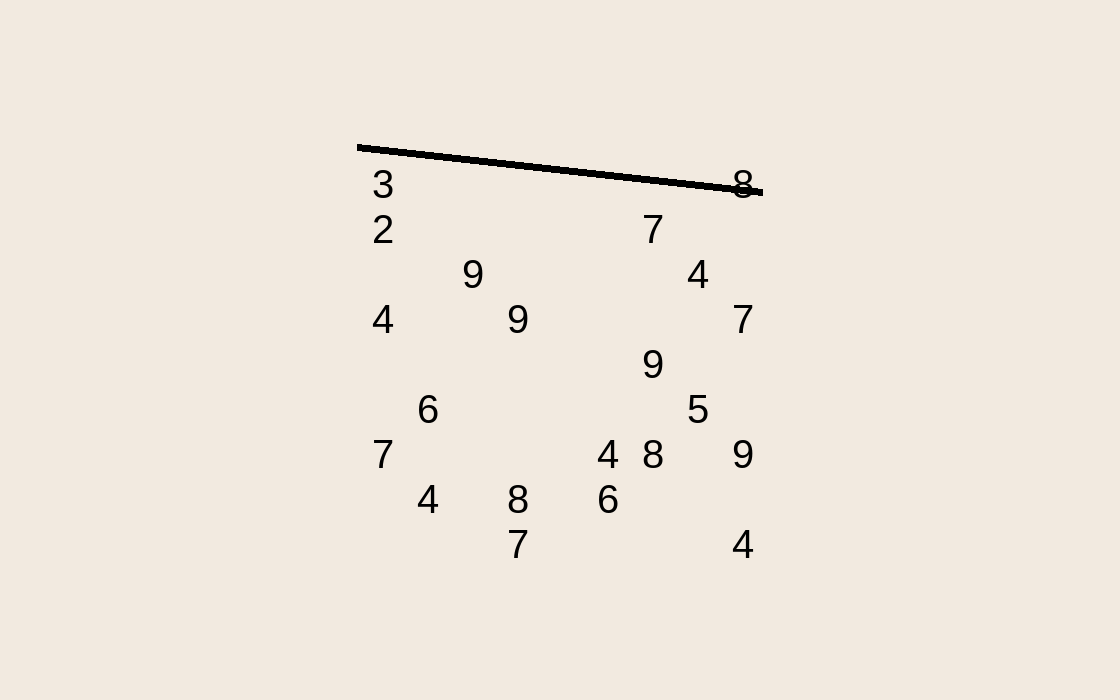
Repository: JensVL96/Puzzle-solver-for-fun
Script's output: python sudoku.py
These files come from the project's save history. The script's output is drawn as it stood at one moment and after the next save; the edit follows.
The window is shown after at most 60 frames with no key pressed. A system font it names is replaced by a similar one. Random numbers start from a fixed seed.

Above is the script's output before, as saved 2020-11-08 11:11:04.

After the next save:
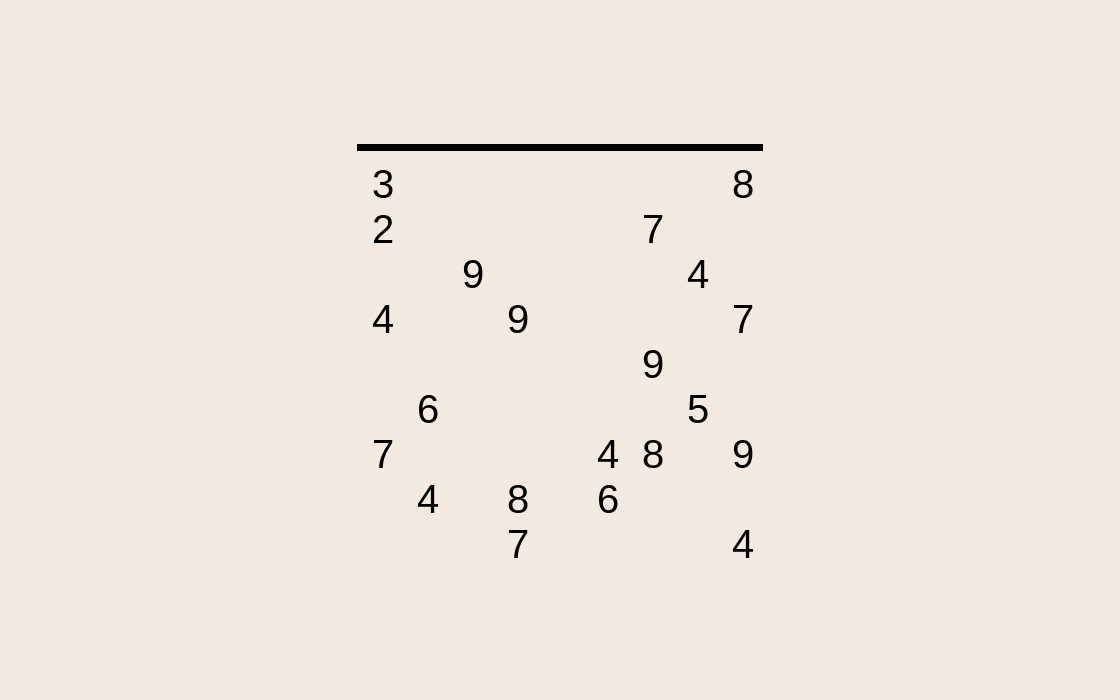
Saved 13 s later.
--- a/display_board.py
+++ b/display_board.py
@@ -69,7 +69,7 @@ class Display_board():
         #                                     (BOTLx_coord,
         #                                     BOT_LY), thick)
 
-        pg.draw.line(self.screen, BLACK, (TOP_LX, TOP_LY), (TOP_RX, TOP_RY + BLOCK_SIZE), 7)
+        pg.draw.line(self.screen, BLACK, (TOP_LX, TOP_LY), (TOP_RX, TOP_RY), 7)
         # pg.draw.line(self.screen, BLACK, (TOPLx_coord, TOP_LY), (BOTLx_coord, BOT_LY), thick)
         # pg.draw.line(self.screen, BLACK, (TOPLx_coord, TOP_LY), (BOTLx_coord, BOT_LY), thick)
         # pg.draw.line(self.screen, BLACK, (TOPLx_coord, TOP_LY), (BOTLx_coord, BOT_LY), thick)
